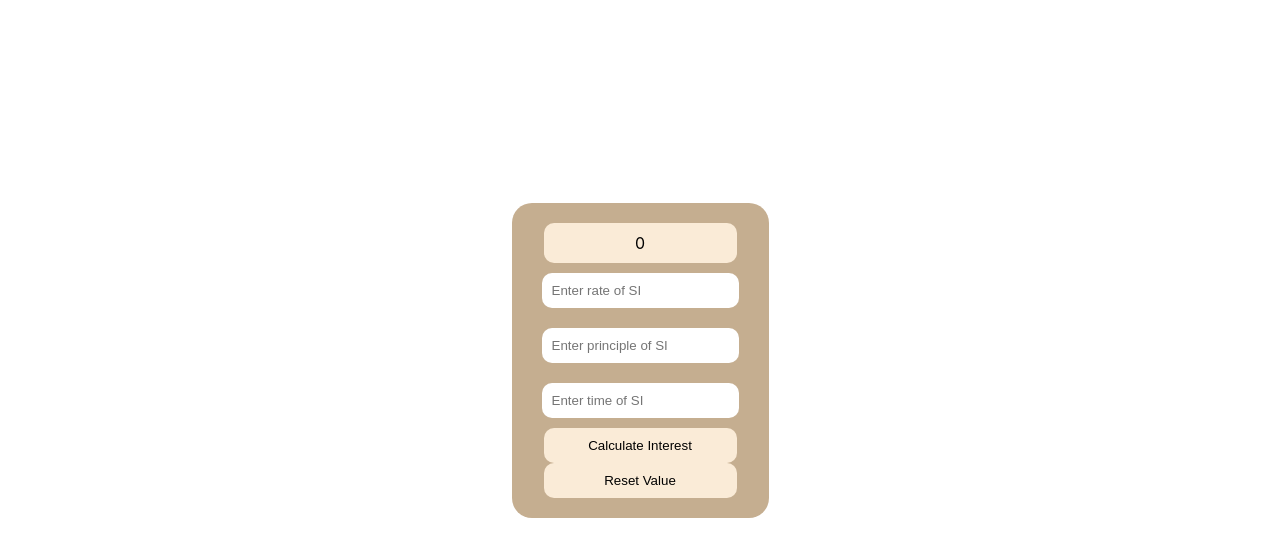
Repository: purnimapatel/SI-calculator
Page: /
The author's editor kept a copy of each file at every save. The page is drawn from the files as they stood at one save, then again after the next save.
The browser window is 1280 px wide. The pictures show the whole page.
The project was rebuilt for these pictures with package versions that can differ from the ones it lists, and the page was loaded fresh each time.

Above is the page before, as saved 2024-08-26 12:09:59.

After the next save:
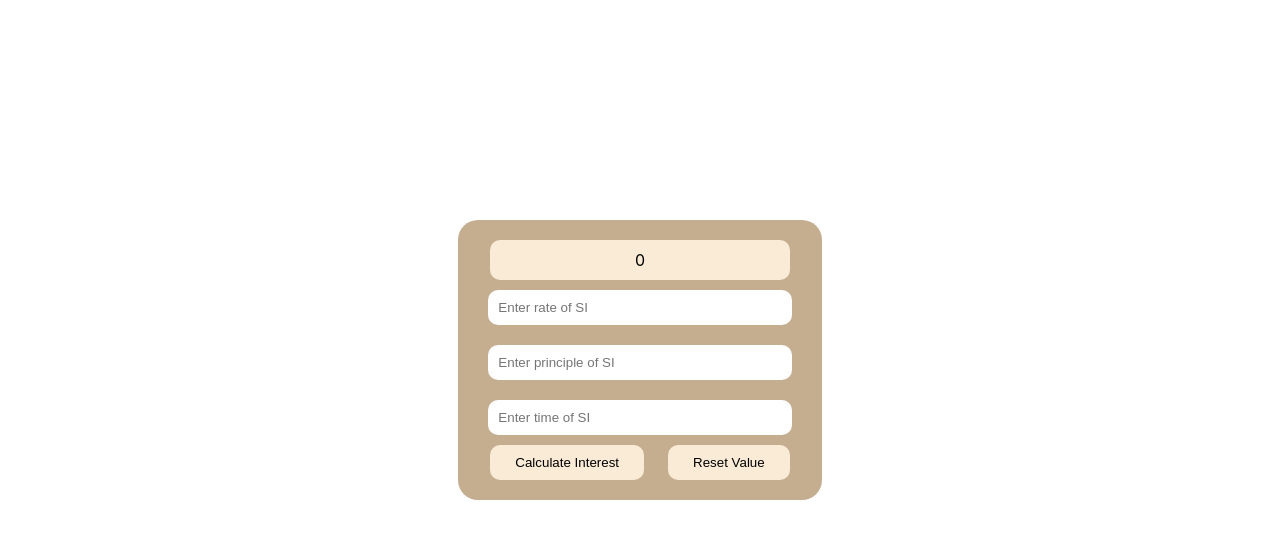
Saved 33 s later.
--- a/src/App.jsx
+++ b/src/App.jsx
@@ -37,8 +37,11 @@ function App() {
         onChange={(e) => setTime(Number(e.target.value))}
         placeholder="Enter time of SI"
       />
-    <button className='btn' onClick={result}>Calculate Interest</button>
-    <button className='btn' onClick={result}>Reset Value</button>
+      <div>
+      <button className='btn' onClick={result}>Calculate Interest</button>
+      <button className='btn' onClick={result}>Reset Value</button>
+      </div>
+
     </div>
     </div>
 
